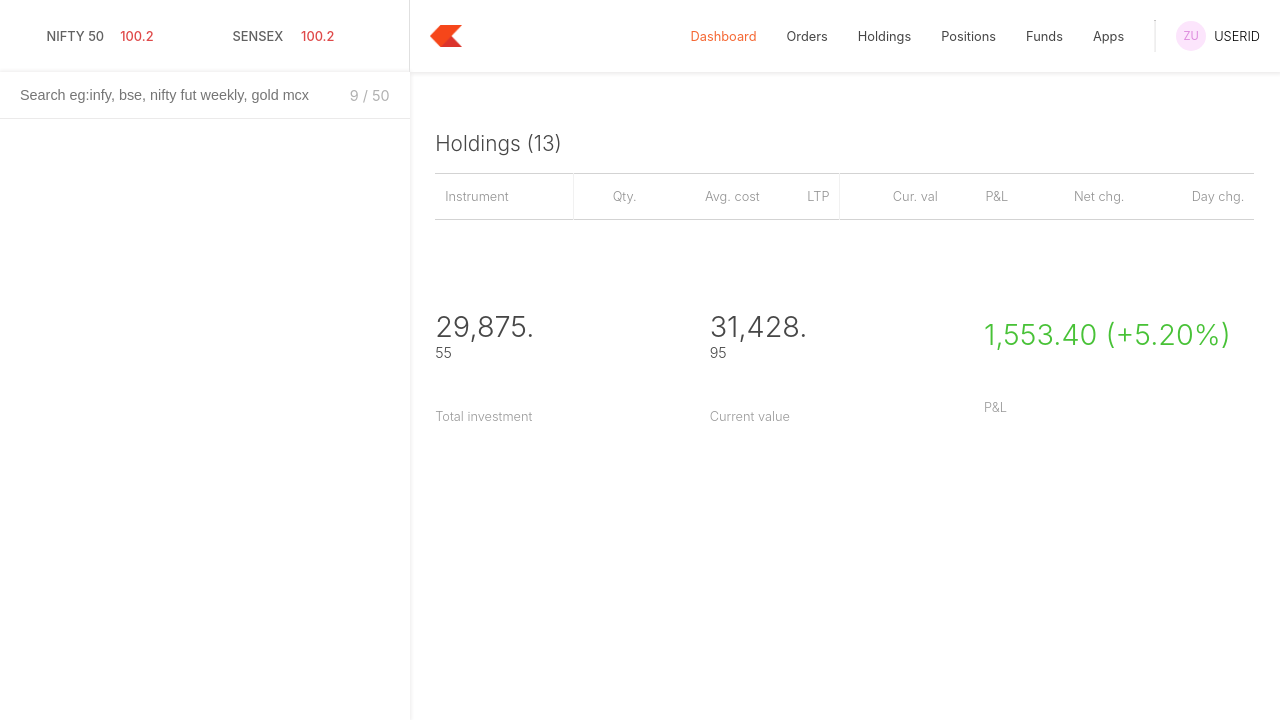
Repository: rushikesh-kolpe21/zerodha_4
Page: /holdings (app in dashboard/)
An editor plug-in stored every save of this project. The page is shown before and after the next save, followed by the edit.
The browser window is 1280 px wide. The pictures show the whole page.
An inner scrolling area shows only its first screen. The project was rebuilt for these pictures with package versions that can differ from the ones it lists, and the page was loaded fresh each time. Also part of the build but not shown: dashboard/vite.config.js, dashboard/src/components/Apps.jsx, dashboard/src/components/Funds.jsx, dashboard/src/components/Orders.jsx, dashboard/src/components/Positions.jsx, dashboard/src/components/Summary.jsx.

Above is the page before, as saved 2025-03-25 07:22:32.

### dashboard/src/App.jsx

import React from "react";
// import ReactDOM from "react-dom/client";
import { BrowserRouter, Route, Routes } from "react-router-dom";
// import "./index.css";
import Home from "./components/Home";

function App() {
  return (
    <>
      <BrowserRouter>
        <Routes>
          <Route path="/*" element={<Home />} />
        </Routes>
      </BrowserRouter>
    </>
  );
}

export default App;

### dashboard/src/components/Home.jsx
import React from 'react'
import TopBar from './TopBar'
import Dashboard from './Dashboard'

function Home() {
  return (
  <>
  <TopBar/>
  <Dashboard/>
  </>
  )
}

export default Home

### dashboard/src/components/Dashboard.jsx
import React from "react";
import { Route, Routes } from "react-router-dom";

import Apps from "./Apps";
import Funds from "./Funds";
import Holdings from "./Holdings";

import Orders from "./Orders";
import Positions from "./Positions";
import Summary from "./Summary";
import WatchList from "./WatchList";
// import { GeneralContextProvider } from "./GeneralContext";

const Dashboard = () => {
  return (
    <div className="dashboard-container">
        <WatchList />

      <div className="content">
        <Routes>
          <Route exact path="/" element={<Summary />} />
          <Route path="/orders" element={<Orders />} />
          <Route path="/holdings" element={<Holdings />} />
          <Route path="/positions" element={<Positions />} />
          <Route path="/funds" element={<Funds />} />
          <Route path="/apps" element={<Apps />} />
        </Routes>
      </div>
    </div>
  );
};

export default Dashboard;

### dashboard/src/components/Menu.jsx
import React, { useState } from "react";
import { Link } from "react-router";

const Menu = () => {
  const [selectedMenu, setSelectedMenu] = useState(0);
  const [isProfileDropdownOpen, setIsProfileDropdownOpen] = useState(false);

  const handleMenuClick = (index) => {
    setSelectedMenu(index);
  };

  const handleProfileClick = () => {
    setIsProfileDropdownOpen(!isProfileDropdownOpen);
  };

  const menuClass = "menu";
  const activeMenuClass = "menu selected";

  return (
    <div className="menu-container">
      <img src="logo.png" style={{ width: "32px" }} />
      <div className="menus">
        <ul>
          <li>
            <Link
              style={{ textDecoration: "none" }}
              to="/"
              onClick={() => handleMenuClick(0)}
            >
              <p className={selectedMenu === 0 ? activeMenuClass : menuClass}>
                Dashboard
              </p>
            </Link>
          </li>
          <li>
            <Link
              style={{ textDecoration: "none" }}
              to="/orders"
              onClick={() => handleMenuClick(1)}
            >
              <p className={selectedMenu === 1 ? activeMenuClass : menuClass}>
                Orders
              </p>
            </Link>
          </li>
          <li>
            <Link
              style={{ textDecoration: "none" }}
              to="/holdings"
              onClick={() => handleMenuClick(2)}
            >
              <p className={selectedMenu === 2 ? activeMenuClass : menuClass}>
                Holdings
              </p>
            </Link>
          </li>
          <li>
            <Link
              style={{ textDecoration: "none" }}
              to="/positions"
              onClick={() => handleMenuClick(3)}
            >
              <p className={selectedMenu === 3 ? activeMenuClass : menuClass}>
                Positions
              </p>
            </Link>
          </li>
          <li>
            <Link
              style={{ textDecoration: "none" }}
              to="/funds"
              onClick={() => handleMenuClick(4)}
            >
              <p className={selectedMenu === 4 ? activeMenuClass : menuClass}>
                Funds
              </p>
            </Link>
          </li>
          <li>
            <Link
              style={{ textDecoration: "none" }}
              to="/apps"
              onClick={() => handleMenuClick(5)}
            >
              <p className={selectedMenu === 5 ? activeMenuClass : menuClass}>
                Apps
              </p>
            </Link>
          </li>
        </ul>
        <hr />
        <div className="profile" onClick={handleProfileClick}>
          <div className="avatar">ZU</div>
          <p className="username">USERID</p>
        </div>
      </div>
    </div>
  );
};

export default Menu;

### dashboard/src/components/Holdings.jsx
import React from "react";
import {holdings} from '../data/data';

const Holdings = () => {
  return (
    <>
      <h3 className="title"> Holdings ({holdings.length})</h3>

      <div className="order-table">
        <table>
          <tr>
            <th>Instrument</th>
            <th>Qty.</th>
            <th>Avg. cost</th>
            <th>LTP</th>
            <th>Cur. val</th>
            <th>P&L</th>
            <th>Net chg.</th>
            <th>Day chg.</th>
          </tr>

          {holdings.map((stock, index)=>{
            const currValue = stock.price * stock. qty;
            const isProfit = currValue - stock.avg * stock.qty >= 0.0;
            const profClasss = isProfit ? "profit" : "loss";
            const dayClass = stock.isLoss ? "loss" : "profit";
          })}
        </table>
      </div>

      <div className="row">
        <div className="col">
          <h5>
            29,875.<span>55</span>{" "}
          </h5>
          <p>Total investment</p>
        </div>
        <div className="col">
          <h5>
            31,428.<span>95</span>{" "}
          </h5>
          <p>Current value</p>
        </div>
        <div className="col">
          <h5>1,553.40 (+5.20%)</h5>
          <p>P&L</p>
        </div>
      </div>
    </>
  );
};

export default Holdings;

### dashboard/src/components/WatchList.jsx
import React from "react";

const WatchList = () => {
  return (
    <div className="watchlist-container">
      <div className="search-container">
        <input
          type="text"
          name="search"
          id="search"
          placeholder="Search eg:infy, bse, nifty fut weekly, gold mcx"
          className="search"
        />
        <span className="counts"> 9 / 50</span>
      </div>

      <ul className="list"></ul>
    </div>
  );
};

export default WatchList;

### dashboard/src/data/data.js
export const watchlist = [
    {
      name: "INFY",
      price: 1555.45,
      percent: "-1.60%",
      isDown: true,
    },
    {
      name: "ONGC",
      price: 116.8,
      percent: "-0.09%",
      isDown: true,
    },
    {
      name: "TCS",
      price: 3194.8,
      percent: "-0.25%",
      isDown: true,
    },
    {
      name: "KPITTECH",
      price: 266.45,
      percent: "3.54%",
      isDown: false,
    },
    {
      name: "QUICKHEAL",
      price: 308.55,
      percent: "-0.15%",
      isDown: true,
    },
    {
      name: "WIPRO",
      price: 577.75,
      percent: "0.32%",
      isDown: false,
    },
    {
      name: "M&M",
      price: 779.8,
      percent: "-0.01%",
      isDown: true,
    },
    {
      name: "RELIANCE",
      price: 2112.4,
      percent: "1.44%",
      isDown: false,
    },
    {
      name: "HUL",
      price: 512.4,
      percent: "1.04%",
      isDown: false,
    },
  ];

  // holdings
  export const holdings = [
    {
      name: "BHARTIARTL",
      qty: 2,
      avg: 538.05,
      price: 541.15,
      net: "+0.58%",
      day: "+2.99%",
    },
    {
      name: "HDFCBANK",
      qty: 2,
      avg: 1383.4,
      price: 1522.35,
      net: "+10.04%",
      day: "+0.11%",
    },
    {
      name: "HINDUNILVR",
      qty: 1,
      avg: 2335.85,
      price: 2417.4,
      net: "+3.49%",
      day: "+0.21%",
    },
    {
      name: "INFY",
      qty: 1,
      avg: 1350.5,
      price: 1555.45,
      net: "+15.18%",
      day: "-1.60%",
      isLoss: true,
    },
    {
      name: "ITC",
      qty: 5,
      avg: 202.0,
      price: 207.9,
      net: "+2.92%",
      day: "+0.80%",
    },
    {
      name: "KPITTECH",
      qty: 5,
      avg: 250.3,
      price: 266.45,
      net: "+6.45%",
      day: "+3.54%",
    },
    {
      name: "M&M",
      qty: 2,
      avg: 809.9,
      price: 779.8,
      net: "-3.72%",
      day: "-0.01%",
      isLoss: true,
    },
    {
      name: "RELIANCE",
      qty: 1,
      avg: 2193.7,
      price: 2112.4,
      net: "-3.71%",
      day: "+1.44%",
    },
    {
      name: "SBIN",
      qty: 4,
      avg: 324.35,
      price: 430.2,
      net: "+32.63%",
      day: "-0.34%",
      isLoss: true,
    },
    {
      name: "SGBMAY29",
      qty: 2,
      avg: 4727.0,
      price: 4719.0,
      net: "-0.17%",
      day: "+0.15%",
    },
    {
      name: "TATAPOWER",
      qty: 5,
      avg: 104.2,
      price: 124.15,
      net: "+19.15%",
      day: "-0.24%",
      isLoss: true,
    },
    {
      name: "TCS",
      qty: 1,
      avg: 3041.7,
      price: 3194.8,
      net: "+5.03%",
      day: "-0.25%",
      isLoss: true,
    },
    {
      name: "WIPRO",
      qty: 4,
      avg: 489.3,
      price: 577.75,
      net: "+18.08%",
      day: "+0.32%",
    },
  ];

  // positions
  export const positions = [
    {
      product: "CNC",
      name: "EVEREADY",
      qty: 2,
      avg: 316.27,
      price: 312.35,
      net: "+0.58%",
      day: "-1.24%",
      isLoss: true,
    },
    {
      product: "CNC",
      name: "JUBLFOOD",
      qty: 1,
      avg: 3124.75,
      price: 3082.65,
      net: "+10.04%",
      day: "-1.35%",
      isLoss: true,
    },
  ];

Loaded but not shown: dashboard/index.html (common file); dashboard/src/main.jsx (common file); dashboard/src/index.css (common file); dashboard/src/components/TopBar.jsx (common file)

After the next save:
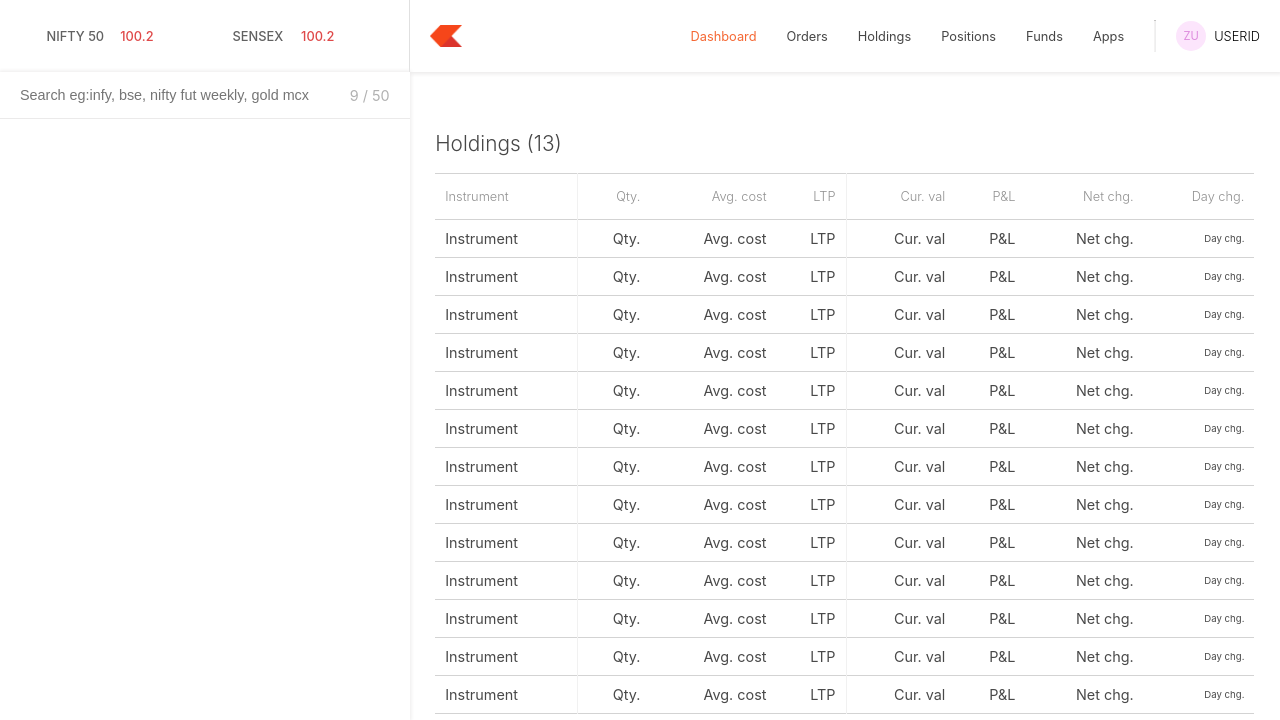
Saved 3 min 18 s later.
--- a/dashboard/src/components/Holdings.jsx
+++ b/dashboard/src/components/Holdings.jsx
@@ -24,6 +24,19 @@
             const isProfit = currValue - stock.avg * stock.qty >= 0.0;
             const profClasss = isProfit ? "profit" : "loss";
             const dayClass = stock.isLoss ? "loss" : "profit";
+
+            return(
+              <tr key={index}>
+               <td>Instrument</td>
+                <td>Qty.</td>
+                <td>Avg. cost</td>
+                <td>LTP</td>
+                <td>Cur. val</td>
+                <td>P&L</td>
+                <td>Net chg.</td>
+                <td>Day chg.</td>
+              </tr>
+            )
           })}
         </table>
       </div>
